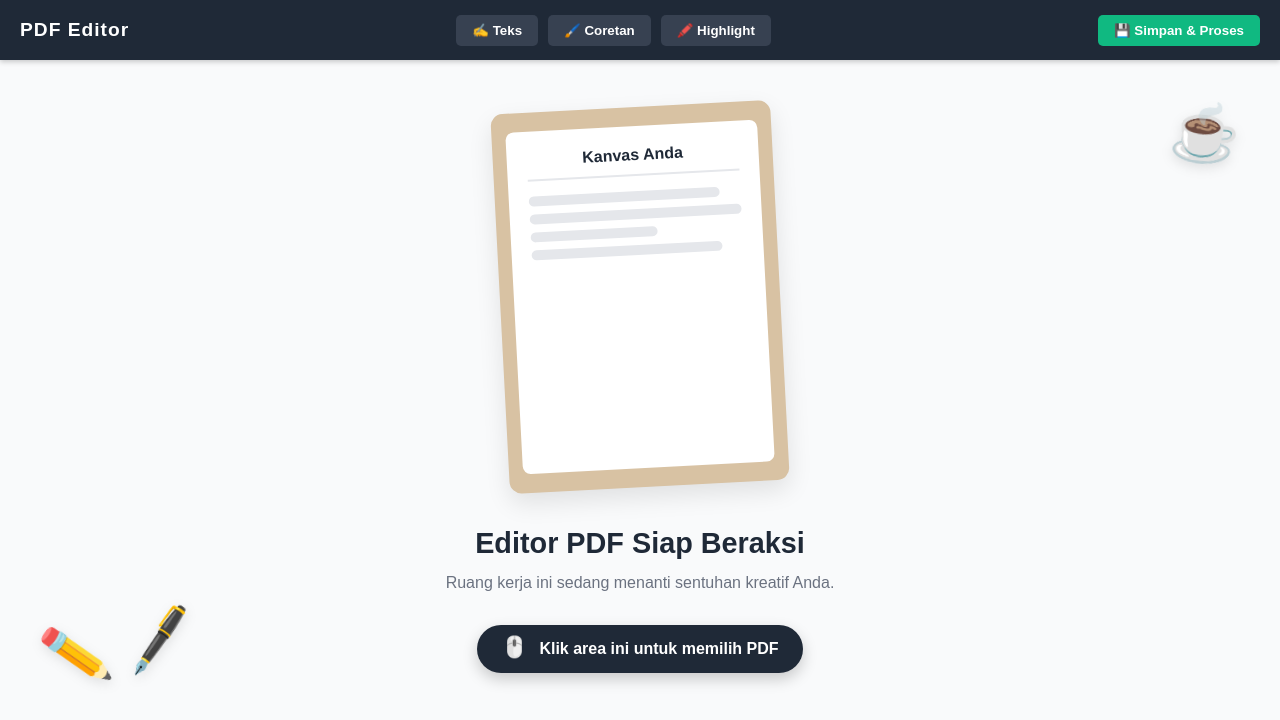
Repository: IkhsanMoekhtar/pdf_editor
Page: /
The author's editor kept a copy of each file at every save. The page is drawn from the files as they stood at one save, then again after the next save.
The browser window is 1280 px wide. The pictures show the whole page.
The project was rebuilt for these pictures with package versions that can differ from the ones it lists, and the page was loaded fresh each time. Also part of the build but not shown: vite.config.js.

Above is the page before, as saved 2026-03-18 04:57:58.

After the next save:
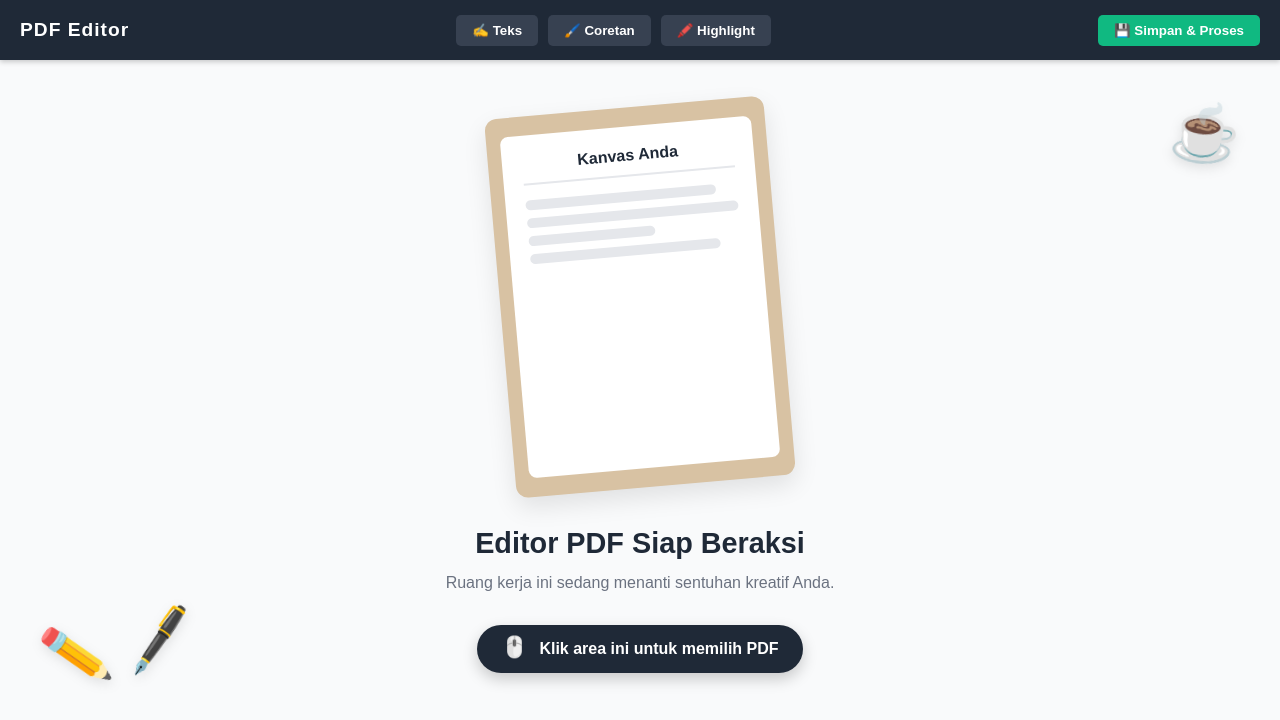
Saved 4 s later.
--- a/src/App.css
+++ b/src/App.css
@@ -82,7 +82,7 @@
   background-color: #d8c2a3;
   border-radius: 12px;
   box-shadow: 0 10px 25px rgba(0,0,0,0.1);
-  transform: rotate(-3deg);
+  transform: rotate(-5deg);
   position: relative;
   display: flex; align-items: center; justify-content: center;
   margin-bottom: 40px;
